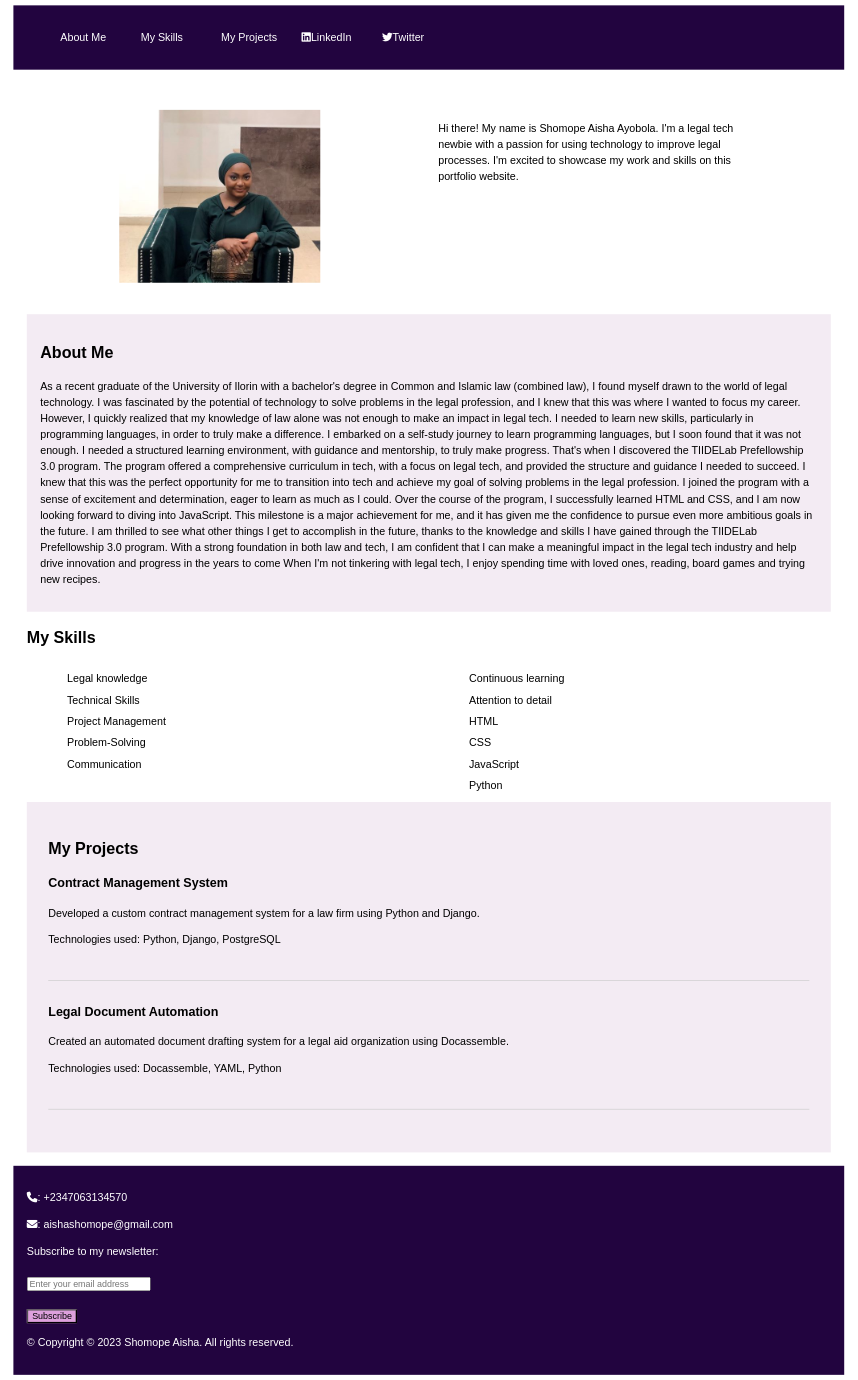
Repository: Iyewande/AishasPortfolio
Page: Index.html
An editor plug-in stored every save of this project. The page is shown before and after the next save, followed by the edit.
The browser window is 1280 px wide. The pictures show the whole page, at 67% of full size.
Some web libraries are served in a nearby version.

Above is the page before, as saved 2023-05-04 22:16:47.

### Index.html
<!DOCTYPE html>
<html lang="en">
    <head>
        <meta charset="UTF-8">
        <meta http-equiv="X-UA-Compatible" content="IE=edge">
        <meta name="viewport" content="width=device-width, initial-scale=1.0">
        <title>My Legal Tech Portfolio</title>
        <link rel="stylesheet" href="Style.css">
        <script src="https://kit.fontawesome.com/dcc74d8766.js" crossorigin="anonymous"></script>
    </head>
    <body>
        <div class="main-container">
        <!-- This HTML code creates a simple portfolio website with three main sections: About Me, My Projects, and My Skills.
            The navigation menu allows visitors to easily navigate between the sections of the website. The CSS styling for
            this website is located in a separate style.css file. -->
        <header id="header">
            <div>

            </div>
            <nav>
                <ul>
                    <li><a href="#about">About Me</a></li>
                    <li><a href="#skills">My Skills</a></li>
                    <li><a href="#projects">My Projects</a></li>
                    <li><a href="https://www.linkedin.com/in/shomope-aisha-ayobola/"><i class="fa-brands fa-linkedin"></i>LinkedIn</a></li>
                    <li><a href="https://twitter.com/ShomopeAisha"><i class="fa-brands fa-twitter"></i>Twitter</a></li>
                  </ul>
            </nav>
        </header>
        <main>
            <section id="landingPage">
                <div id="image">
                    <img id="img" src="E17CF07F-F5B1-4C94-9C3E-8D25C5FEC29B.jpg" alt="A picture of me">
                </div>
                <div id="heading">
                    <p>Hi there! My name is Shomope Aisha Ayobola.  I'm a legal tech newbie with a passion for using technology to improve legal processes. I'm excited to
                        showcase my work and skills on this portfolio website.
                    </p>
                </div>

            </section>
            <section  id="about">
                <div id="aboutMe">
                    <h2>About Me</h2>
                </div>
                <div id="paragraph">
                    <p>
                        As a recent graduate of the University of Ilorin with a bachelor's degree in Common and Islamic law (combined law), I found myself drawn to the world of legal technology. I was fascinated by the potential of technology to solve problems in the legal profession, and I knew that this was where I wanted to focus my career.
                        However, I quickly realized that my knowledge of law alone was not enough to make an impact in legal tech. I needed to learn new skills, particularly in programming languages, in order to truly make a difference. I embarked on a self-study journey to learn programming languages, but I soon found that it was not enough. I needed a structured learning environment, with guidance and mentorship, to truly make progress.
                        That's when I discovered the TIIDELab Prefellowship 3.0 program. The program offered a comprehensive curriculum in tech, with a focus on legal tech, and provided the structure and guidance I needed to succeed. I knew that this was the perfect opportunity for me to transition into tech and achieve my goal of solving problems in the legal profession.
                        I joined the program with a sense of excitement and determination, eager to learn as much as I could. Over the course of the program, I successfully learned HTML and CSS, and I am now looking forward to diving into JavaScript. This milestone is a major achievement for me, and it has given me the confidence to pursue even more ambitious goals in the future.
                        I am thrilled to see what other things I get to accomplish in the future, thanks to the knowledge and skills I have gained through the TIIDELab Prefellowship 3.0 program. With a strong foundation in both law and tech, I am confident that I can make a meaningful impact in the legal tech industry and help drive innovation and progress in the years to come
                        When I'm not tinkering with legal tech, I enjoy spending time with loved ones, reading, board games and trying new recipes.
                    </p>
                </div>

            </section>
              <section id="skills">
                <div id="mySkills">
                    <h2>My Skills</h2>
                </div>
               <div id="list">
                    <div id="unordered">
                         <p>Legal knowledge</p>
                         <p>Technical Skills</p>
                         <p>Project Management</p>
                         <p>Problem-Solving</p>
                         <p>Communication</p>
                    </div>
                    <div id="ordered">
                        <p>Continuous learning</p>
                        <p>Attention to detail</p>
                        <p>HTML</p>
                        <p>CSS</p>
                        <p>JavaScript</p>
                        <p>Python</p>
                </div>
              </section>
              <section id="projects">
                <div class="main-container"></div>
                <h2>My Projects</h2>
                <ul>
                  <li>
                    <h3>Contract Management System</h3>
                    <p>Developed a custom contract management system for a law firm using Python and Django.</p>
                    <p>Technologies used: Python, Django, PostgreSQL</p>
                  </li>
                  <li>
                    <h3>Legal Document Automation</h3>
                    <p>Created an automated document drafting system for a legal aid organization using Docassemble.</p>
                    <p>Technologies used: Docassemble, YAML, Python</p>
                  </li>
                </ul>
              </section>
              <section>
                <!-- <h3 id="futureProjects">Future projects</h3> -->
                <!-- As a complete legal tech newbie with only legal knowledge, HTML, and CSS skills, you can still build a portfolio
                       that showcases your abilities and potential. Here are some project ideas: -->

                <!-- <ul>
                    <li>
                        <h3>Legal blog or website</h3>
                        <p>Create a blog or website that discusses legal topics, provides legal advice, or offers legal services.</p>
                        <p>Tools:My HTML and CSS skills to design and build the website, and my legal knowledge to create
                            engaging and informative content.</p>
                    </li>
                    <li>
                        <h3>Legal case study</h3>
                        <p> Analyze a legal case and create a detailed report that summarizes the facts, legal issues, and outcomes.</p>
                    </li>
                    <li>
                        <h3>Legal newsletter</h3>
                        <p>Develop a newsletter that provides updates on legal news, recent court decisions, or changes in legislation.</p>
                    </li>
                    <li>
                        <h3>Legal Podcast </h3>
                        <p>Create a podcast that discusses legal topics or features interviews with legal professionals.</p>
                    </li>
                    <li>
                        <h3>Legal infographic</h3>
                        <p>Create an infographic that explains a legal concept or process in a visually engaging way.</p>
                    </li>
                    <h3>Legal research database</h3>
                    <p>Build a legal research database that allows users to search for legal cases or statutes using keywords, topics, and other criteria.</p>
                    </li>
                    <li>
                        <h3>Document automation</h3>
                        <p>Develop a tool that automates the creation of legal documents, such as contracts or agreements, using templates and user input.</p>
                    </li>
                    <li>
                        <h3>Contract management system</h3>
                        <p>Create a system that manages the entire contract lifecycle, from drafting to negotiation to execution and beyond.</p>
                    </li>
                    <li>
                        <h3>Compliance tracking tool</h3>
                        <p>Build a tool that helps companies track their compliance with legal regulations, such as data privacy laws or labor laws.</p>
                    </li>
                    <li>
                        <h3>Legal analytics dashboard</h3>
                        <p>Develop a dashboard that provides insights and analytics on legal data, such as case outcomes or legal spend.</p>
                    </li>
                    <li>
                        <h3>E-discovery tool</h3>
                        <p>Create a tool that helps legal teams manage electronic discovery, including searching, reviewing, and producing relevant documents for litigation.</p>
                    </li>
                    <li>
                        <h3>Virtual legal assistant</h3>
                        <p>Build a virtual assistant that can answer legal questions, provide guidance on legal processes, or assist with legal research.</p>
                    </li>
                </ul>
              </section>
              <p>These projects will help demonstrate my creativity, technical skills, and understanding of legal concepts.
                They can be used to showcase my work to potential employers, clients, or collaborators in the legal tech industry.
                As I continue to learn and develop your skills, I can incorporate more advanced technical components into my
                portfolio projects.</p> -->

        </main>
        <!-- footer: contains content that appears at the bottom of the page, such as copyright information. -->
        <footer>
            <div id="footer">
                <div class="contact">
                    <p><i class="fa-sharp fa-solid fa-phone"></i>: +2347063134570</p>
                    <p><i class="fa-solid fa-envelope"></i>: aishashomope@gmail.com</p>
                </div>
                <form action="#" method="post">
                    <label for="subscribe">Subscribe to my newsletter:</label>
                    <br><br>
                    <input type="email" id="subscribe" name="subscribe" placeholder="Enter your email address">
                    <br><br>
                    <button class=btn type="submit">Subscribe</button>
                </form>
                <p>&copy; Copyright © 2023 Shomope Aisha. All rights reserved.</p>
            </div>
        </footer>
    </div>
    </body>
</html>

### Style.css
/* Specific styles */

/* Header Styles */
#header {
  background-color: rgb(34, 4, 63);
  color: #fff;
  display: flex;
}

.header-container {
  display: flex;
  justify-content: space-between;
  align-items: center;
}

nav ul {
  display: flex;
  list-style: none;
}

nav ul li {
  margin: 0 10px;
  display: inline-block;
  width: 100px;
}

nav ul li a {
  color: #fff;
  text-decoration: none;
}

#landingPage {
  display: flex;
  margin: 20px;
  padding: 20px;
  justify-content: space-around;
}

#image{
  width: 25%;
}
#img{
  width: 300px;
}

#heading{
  width: 40%;
}

  #about {
    background-color: rgb(243, 235, 243);
    padding: 20px;
  }

  #about p {
    margin-bottom: 1em;
  }
  #aboutMe h2{
    font-size: 24px;
  }

  #projects ul {
    list-style: none;
    margin: 0;
    padding: 0;
  }

  #projects li {
    border-bottom: 1px solid #ccc;
    margin-bottom: 2em;
    padding-bottom: 2em;
  }

  #projects h3 {
    margin-top: 0;
  }

  #projects p {
    margin-bottom: 1em;
  }

  #projects {
    background-color: rgb(243, 235, 243);
    padding: 2em;
  }

  #futureProjects li {
    background-color: rgb(243, 235, 243);
    padding: 2em;
  }


  #skills ul {
    display: grid;
    grid-template-columns: repeat(auto-fit, minmax(120px, 1fr));
    grid-gap: 1em;
  }

  #skills li {
    background-color: #f7f7f7;
    border: 1px solid #ccc;
    border-radius: 4px;
    padding: 1em;
    text-align: center;
  }

  #list{
    display: flex;
    justify-content: space-around;
  }

  #unordered{
    width: 40%;
    line-height: 1;
  }

  #ordered{
    width: 40%;
    line-height: 1;
  }


   */
  /* Global Styles */
* {
    box-sizing: border-box;
    margin: 0;
    padding: 0;
}

body {
    font-family: Arial, sans-serif;
    font-size: 16px;
    line-height: 1.5;
}

header, main, footer {
    max-width: 1200px;
    margin: 0 auto;
    padding: 20px;
}

/* Footer styles */
footer{
    background-color: rgb(34, 4, 63);
    color: #fff;
}
/* Hover Style */
nav ul li a:hover {
    text-decoration: underline;
}

.btn {
    background-color:plum;
}
.btn:hover {
    background-color:purple;
    color: white;
}


/* Focus Style */
input:focus {
    background-color: plum;
  }

/* Pseudo style */
h3{
    font-weight: bold;
}

After the next save:
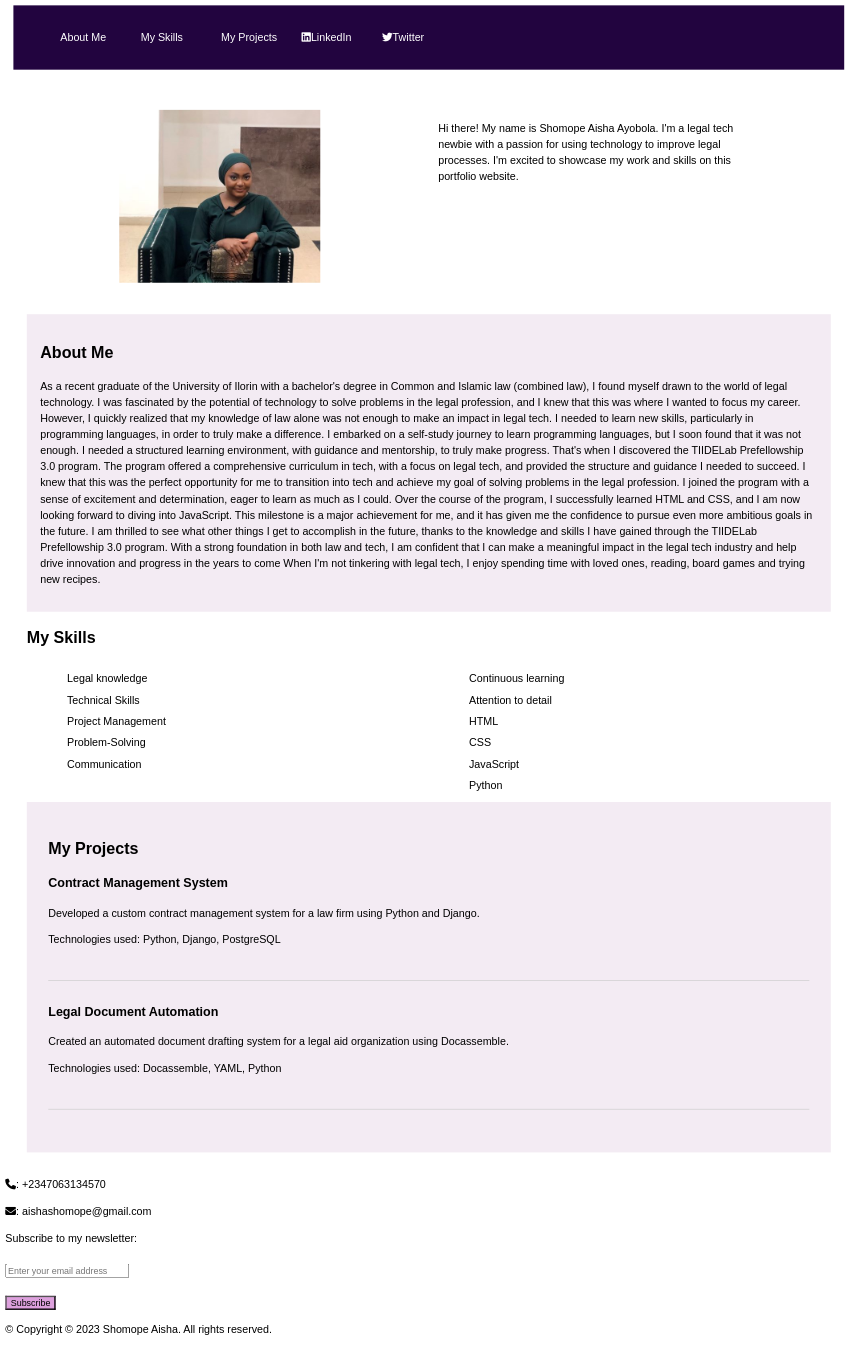
Saved 55 s later.
--- a/Index.html
+++ b/Index.html
@@ -156,7 +156,6 @@
 
         </main>
         <!-- footer: contains content that appears at the bottom of the page, such as copyright information. -->
-        <footer>
             <div id="footer">
                 <div class="contact">
                     <p><i class="fa-sharp fa-solid fa-phone"></i>: +2347063134570</p>
@@ -171,7 +170,6 @@
                 </form>
                 <p>&copy; Copyright © 2023 Shomope Aisha. All rights reserved.</p>
             </div>
-        </footer>
     </div>
     </body>
 </html>
